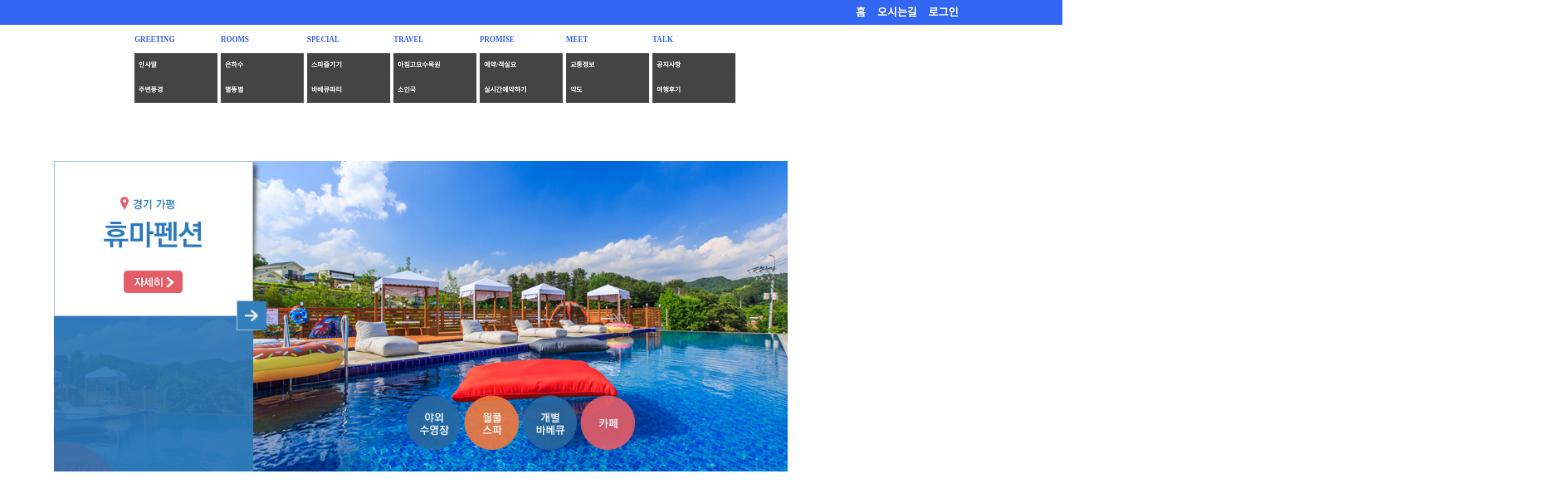
Repository: hojohe/bit-java
Page: 07_css/WebContent/99_exam/exam03.html
An editor plug-in stored every save of this project. The page is shown before and after the next save, followed by the edit.
The browser window is 1280 px wide. The page is 1884 px wide, so the pictures cover 1884 px, including what lies to the right of the window. The pictures show the whole page, at 83% of full size.

Above is the page before, as saved 2017-01-25 06:35:09.

### 07_css/WebContent/99_exam/exam03.html
<!DOCTYPE html>
<html>
<head>
<meta charset="EUC-KR">
<title>Insert title here</title>
<link rel="stylesheet" style="text/css" href="exam03.css" />
</head>
<body>
	<div class="header" style="background: #3366F2;">
		<ul class="headerLnb">
			<li>
				<a>홈</a>
			</li>
			<li>
				<a>오시는길</a>
			</li>
			<li>
				<a>로그인</a>
			</li>
		</ul>
	</div>
	<div class="container">

		<ul class="mainLnb">
			<li><a>GREETING</a>
				<ul>
					<li><a>인사말</a></li>
					<li><a>주변풍경</a></li>
				</ul>
			</li>
			<li><a>ROOMS</a>
				<ul>
					<li><a>은하수</a></li>
					<li><a>별똥별</a></li>
				</ul>
			</li>
			<li><a>SPECIAL</a>
				<ul>
					<li><a>스파즐기기</a></li>
					<li><a>바베큐파티</a></li>
				</ul>
			</li>
			<li><a>TRAVEL</a>
				<ul>
					<li><a>아침고요수목원</a></li>
					<li><a>소인국</a></li>
				</ul>
			</li>
			<li><a>PROMISE</a>
				<ul>
					<li><a>예약/객실요</a></li>
					<li><a>실시간예약하기</a></li>
				</ul>
			</li>
			<li><a>MEET</a>
				<ul>
					<li><a>교통정보</a></li>
					<li><a>약도</a></li>
				</ul>
			</li>
			<li><a>TALK</a>
				<ul>
					<li><a>공지사항</a></li>
					<li><a>여행후기</a></li>
				</ul>
			</li>
		</ul>
	</div>
	<div class="imgbox">
			<img src="../images/pension.jpg"	/>
	</div>
</body>
</html>

### 07_css/WebContent/99_exam/exam03.css
@CHARSET "EUC-KR";

* { margin: 0px; padding: 0px; }

.header {
	width: 100%;
	height: 30px;
	background: #3366F2;
}

.container {
	width: 90%;
	margin: 0 auto;
}


a {	text-decoration: none; transition: .7s; }

li { list-style: none; }

ul.headerLnb { width:860px; margin: 0 80%; background-color: #3366F2;}
ul.headerLnb > li { float:left; }
ul.headerLnb a {
	background: #3366F2;
	color: #fff;
	width: 120px;
	height: 30px;
	display: inline;
	font-size: 13px;
	font-weight: bold;
	line-height: 30px;
}

ul.headerLnb > li > a {text-align: right; margin: 7px;}



ul.mainLnb { width:960px;  margin: 0 auto; background-color: #fff;}

ul.mainLnb>li:first-child { clear: both; }
ul.mainLnb > li { float: left; }
ul.mainLnb a {
	background: #fff;
	width: 100px;
	height: 30px;
	display: block;
	font-size: 9px;
	font-weight: bold;
	line-height: 30px;
}

ul.mainLnb > li > a {
	text-align: left;
	margin: 2px;
	color: #3366F2;
}

ul.mainLnb > li:hover > a {
	background: #fff;
	color: #3366F2;
}

ul.mainLnb > li > ul {
	/* display: none; */
}

ul.mainLnb > li:hover > ul {
	background-color: #444;
	width: 100px;
	/* display:block; */
}

ul.mainLnb > li > ul > li > a {
	margin-left: 2px;
	padding-left: 5px;
	background-color: #444;
	box-sizing: border-box;
	color: #fff;
	font-size: 8px;
}

ul.mainLnb > li > ul > li > a:hover {
	background: #444;
	color: white;
}

div.imgbox {
	width: 960px;
	margin: 0 65px;
}

div.imgbox > img {
	margin-top: 70px;

}

After the next save:
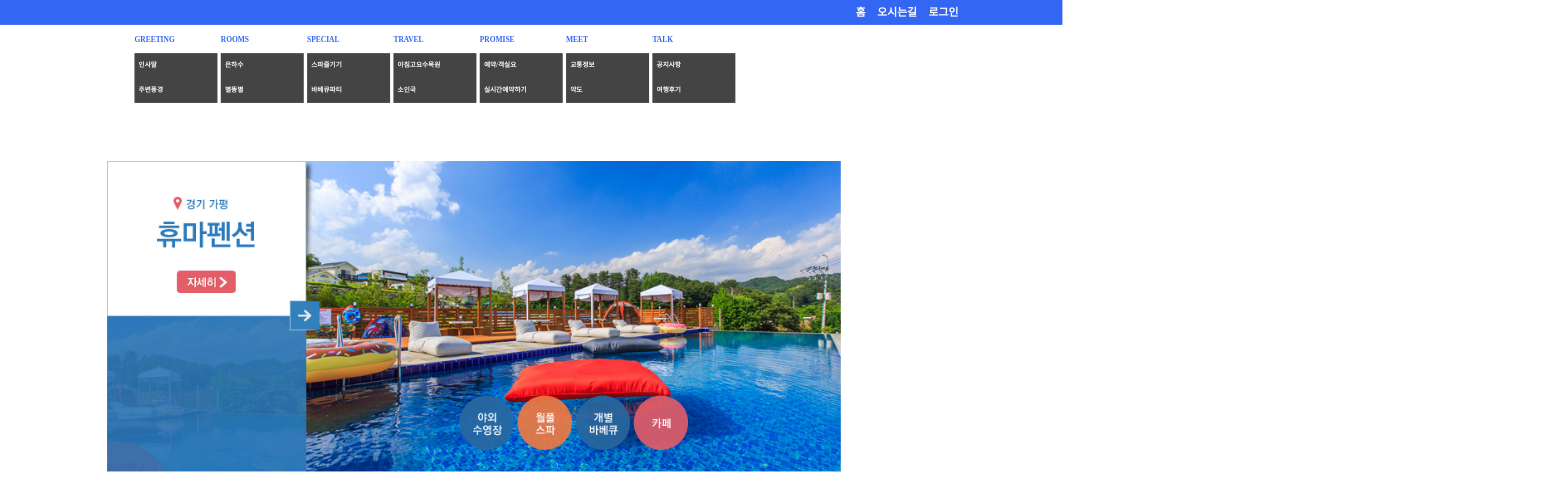
Saved 22 s later.
--- a/07_css/WebContent/99_exam/exam03.html
+++ b/07_css/WebContent/99_exam/exam03.html
@@ -65,9 +65,9 @@
 				</ul>
 			</li>
 		</ul>
-	</div>
-	<div class="imgbox">
-			<img src="../images/pension.jpg"	/>
+		<div class="imgbox">
+				<img src="../images/pension.jpg"	/>
+		</div>
 	</div>
 </body>
 </html>
